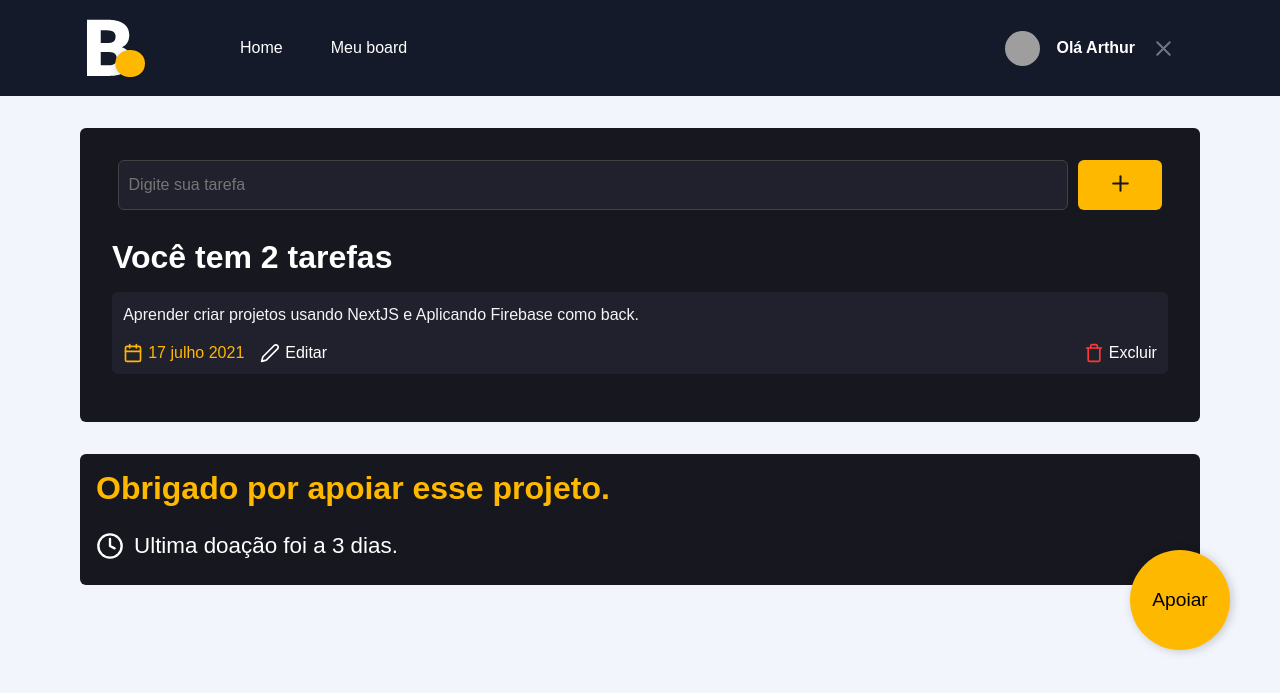
Repository: ArthurHendrich/Task-Board
Page: /board
The author's editor kept a copy of each file at every save. The page is drawn from the files as they stood at one save, then again after the next save.
The browser window is 1280 px wide. The pictures show the whole page.
Pictures or frames that could not be fetched are drawn as grey boxes. The page's requests for data from a server got no answer. The project was rebuilt for these pictures with package versions that can differ from the ones it lists, and the page was loaded fresh each time. The framework's server and built-in components were replaced by stand-ins that run in the browser. No one was signed in, and anything a server would have sent is missing. Also part of the build but not shown: next.config.js.

Above is the page before, as saved 2022-07-04 20:58:45.

After the next save:
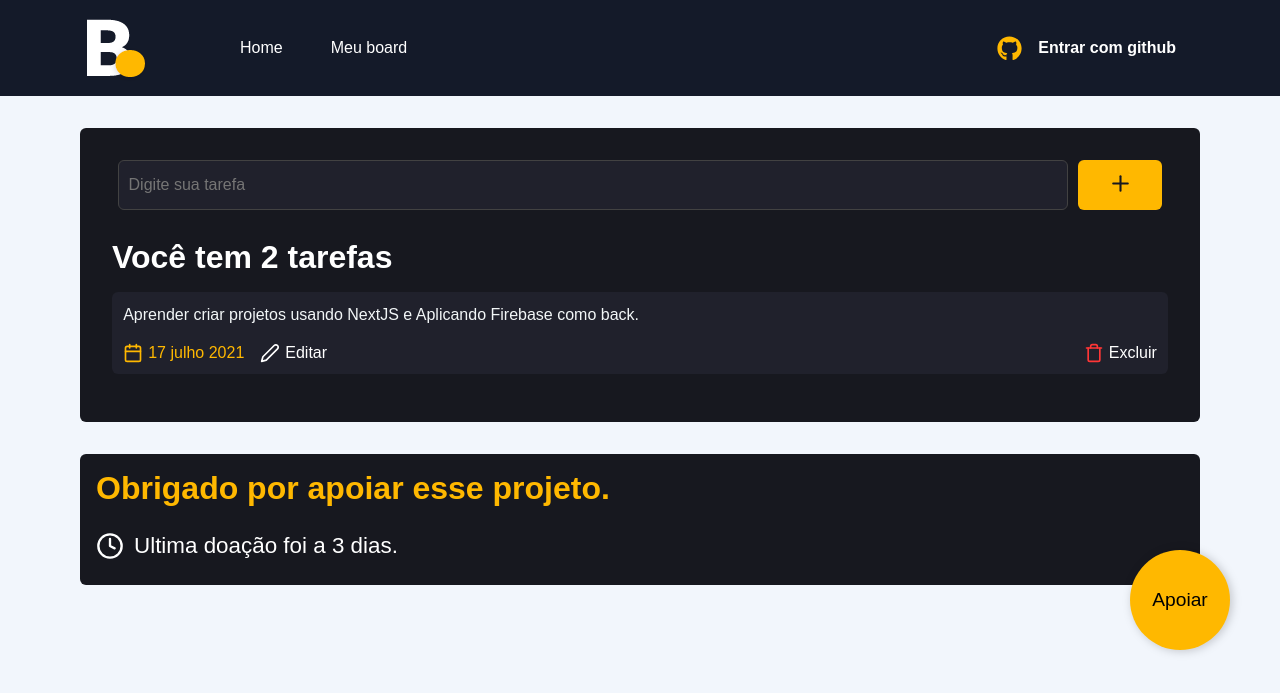
Saved 2 min 59 s later.
--- a/src/components/SignInButton/index.tsx
+++ b/src/components/SignInButton/index.tsx
@@ -1,16 +1,15 @@
-import { signIn } from 'next-auth/react'
+import { signIn, signOut, useSession } from 'next-auth/react'
 
 import styles from "./styles.module.scss";
 import { FaGithub } from 'react-icons/fa';
 import { FiX } from 'react-icons/fi';
 
 export function SignInButton() {
+  const { data: session } = useSession()
 
 
-  const session = true;
-
   return session ? (
-    <button type="button" className={styles.signInButton} onClick={() => {}}>
+    <button type="button" className={styles.signInButton} onClick={() => signOut()}>
       <img src="https://avatars.githubusercontent.com/u/99266969?v=4" alt="Github" />
       Olá Arthur
       <FiX color="#737380" className={styles.closeIcon} />
